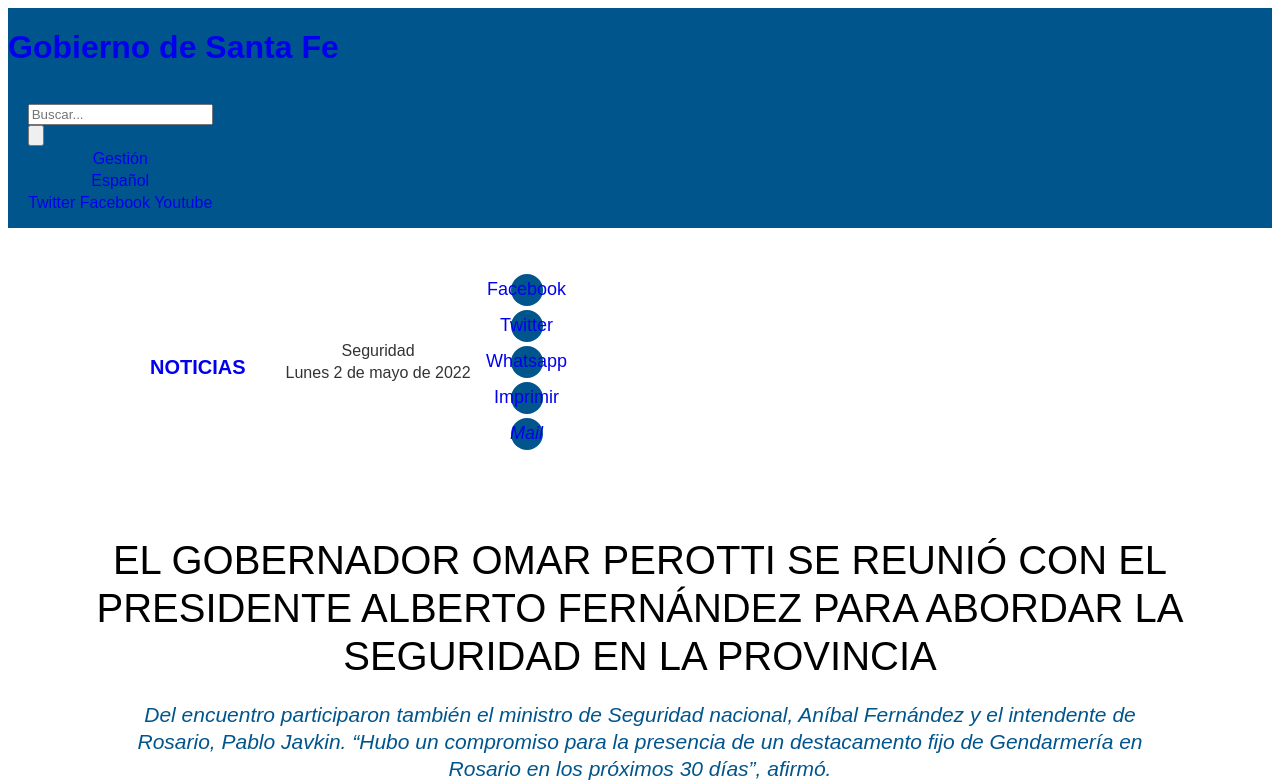
Repository: Larrowo/LPPA
Page: Clase 4/index.html
An editor plug-in stored every save of this project. The page is shown before and after the next save, followed by the edit.
The browser window is 1280 px wide. The pictures show the part of the page from y = 0 to 784 px (the page is 2875 px tall).
A picture or video elsewhere on the page could not be fetched, so the positions and the page height are approximate.

Above is the page before, as saved 2022-05-03 14:04:31.

After the next save:
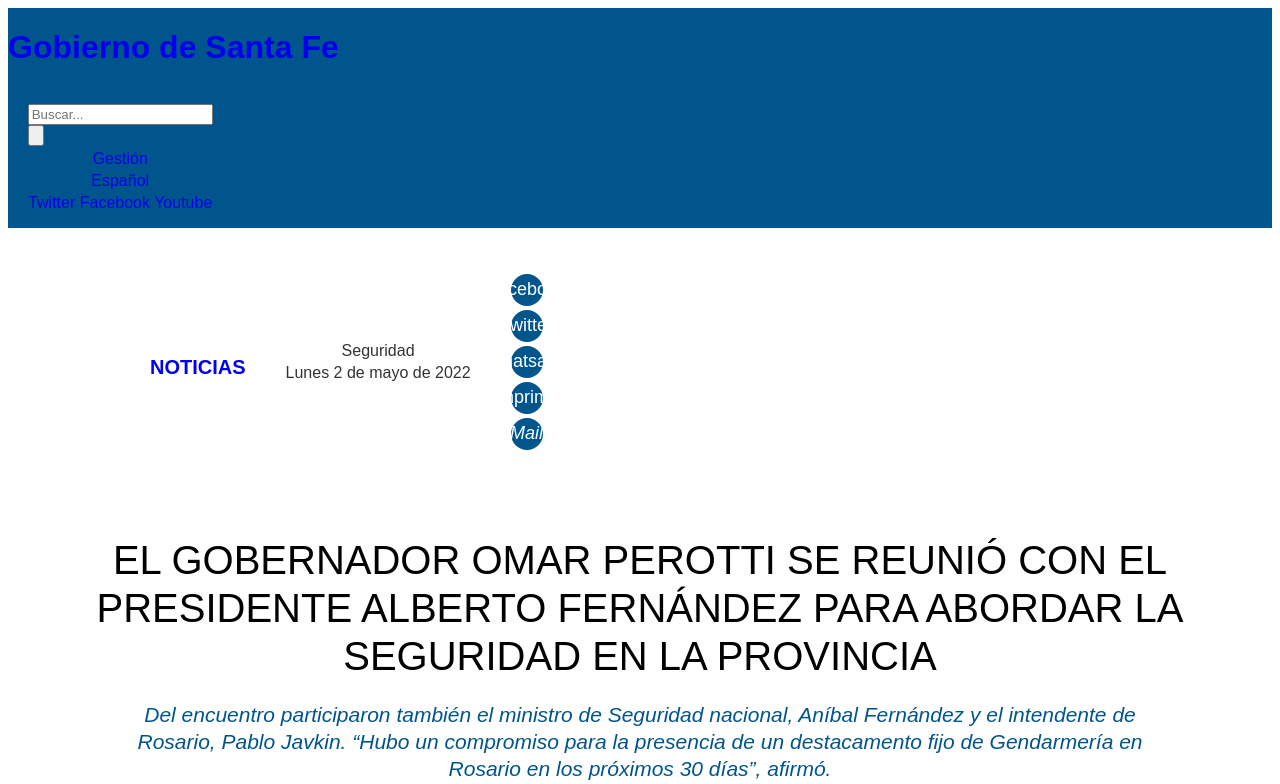
Saved 2 s later.
--- a/Clase 4/style.css
+++ b/Clase 4/style.css
@@ -149,7 +149,7 @@
   height: 32px;
   border-radius: 50%;
   background-color: #00558c;
-  /* color: #fff; */
+  color: #fff;
   font-size: 18px;
   -webkit-transition: all 0.2s ease;
   -o-transition: all 0.2s ease;

After the save that followed:
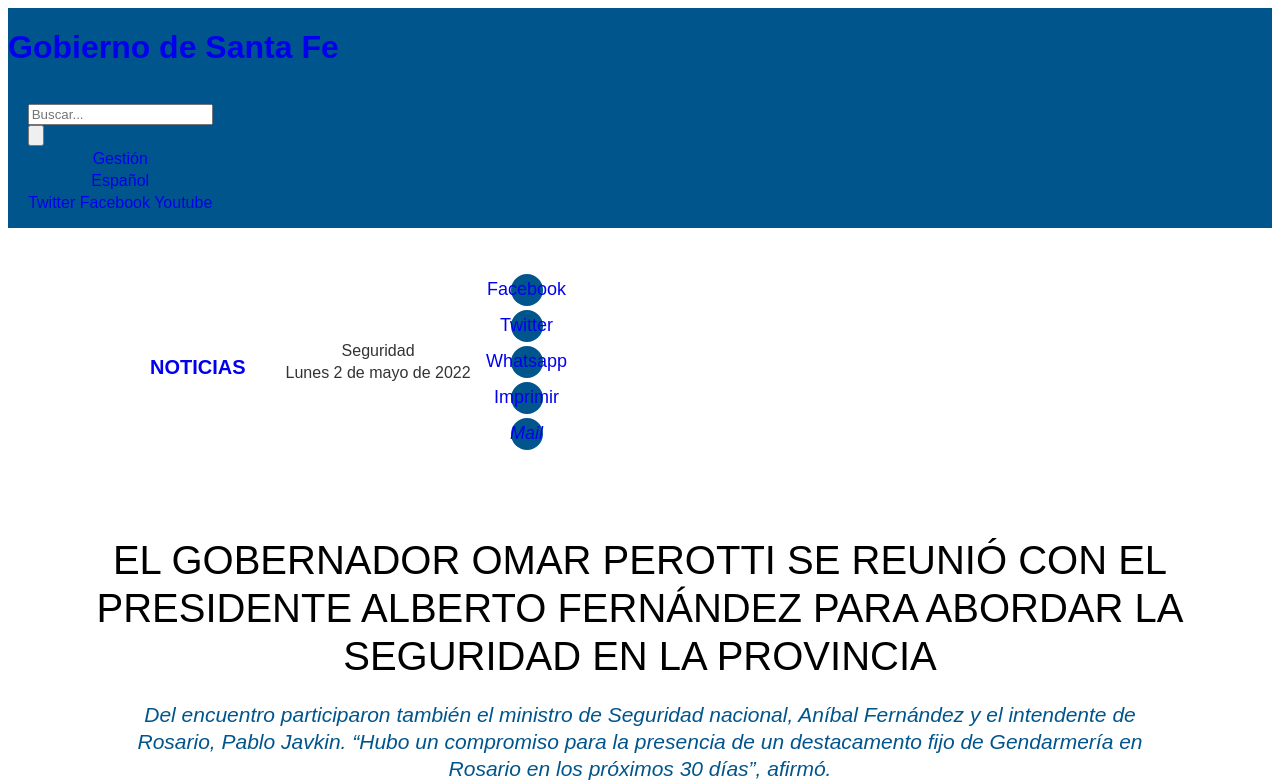
Saved 2 s later.
--- a/Clase 4/style.css
+++ b/Clase 4/style.css
@@ -149,7 +149,7 @@
   height: 32px;
   border-radius: 50%;
   background-color: #00558c;
-  color: #fff;
+  /* color: #fff; */
   font-size: 18px;
   -webkit-transition: all 0.2s ease;
   -o-transition: all 0.2s ease;
